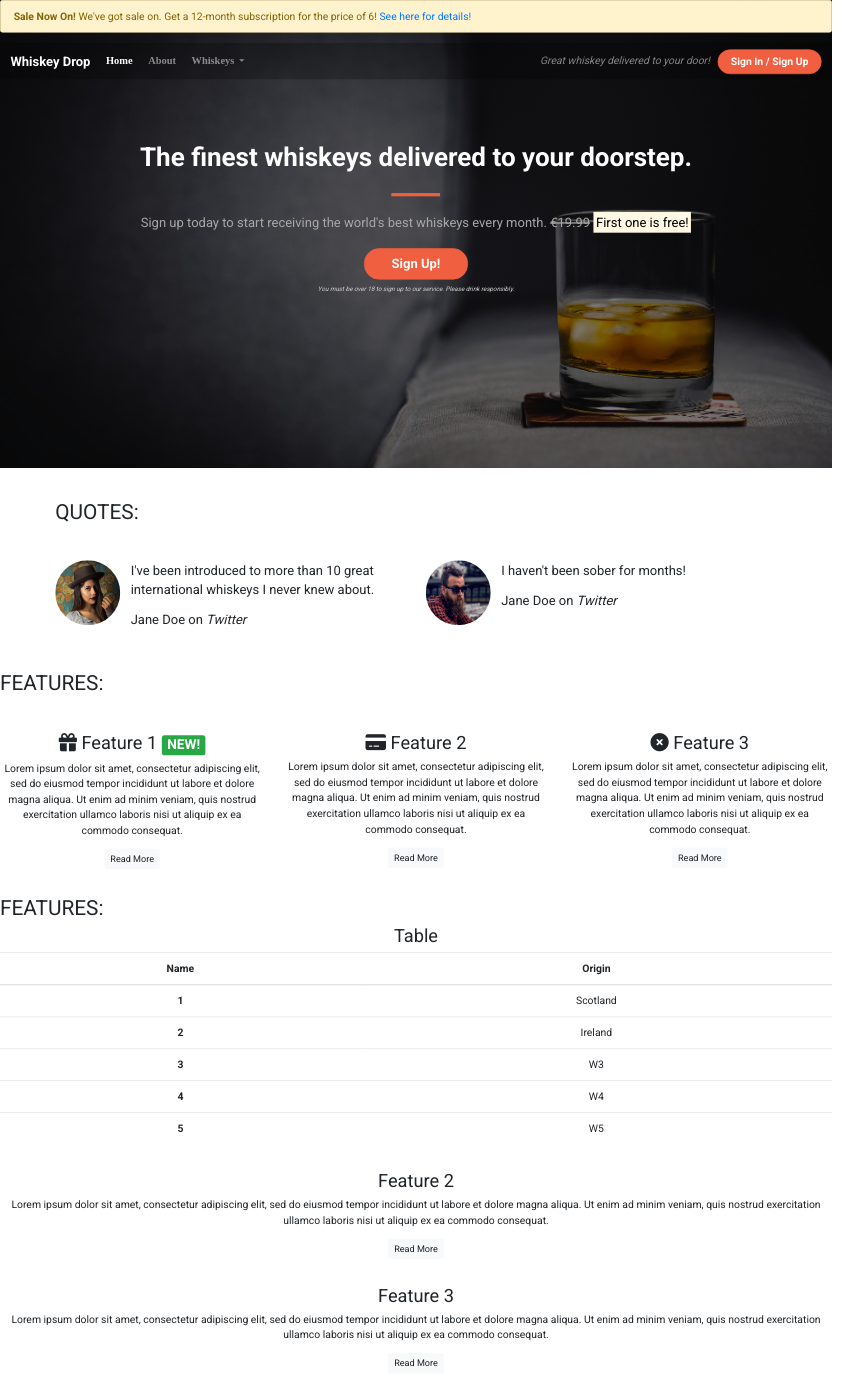
Repository: Coder731/blank_for_aws
Page: index2.html
The author's editor kept a record of every edit. The page is drawn from the files as they stood at one moment, then again after the next edit.
The browser window is 1280 px wide. The page is 1295 px wide, so the pictures cover 1295 px, including what lies to the right of the window. The pictures show the whole page, at 65% of full size.
Backgrounds fixed to the window are drawn as part of the page. Some web libraries are served in a nearby version.

Above is the page before.

### index2.html
<!DOCTYPE html>
<html lang="en-us">

<head>
    <meta charset="utf-8">
    <meta name="viewport" content="width=device-width, initial-scale=1.0">
    <title>Whiskey Drop | Taste a new whiskey every month</title>
    <link rel="stylesheet" href="https://maxcdn.bootstrapcdn.com/bootstrap/4.1.3/css/bootstrap.min.css">
    <script src="https://kit.fontawesome.com/fb088b4228.js" crossorigin="anonymous"></script>
    <link href="https://fonts.googleapis.com/css?family=Roboto:400,700" rel="stylesheet">
    <link rel="preconnect" href="https://fonts.googleapis.com">
    <link rel="preconnect" href="https://fonts.gstatic.com" crossorigin>
    <link href="https://fonts.googleapis.com/css2?family=Roboto:wght@400;700&display=swap" rel="stylesheet">
    <link rel="stylesheet" href="css/style.css" type="text/css" />
</head>


<body>
    <div class="container-fluid navalert-container">
        <div class="container-fluid alert-container">
            <div class="row d-none d-sm-block">
                <div class="col-12">
                    <div class="font-effect-fire-animation alert alert-warning">
                        <strong>Sale Now On!</strong> We've got sale on. Get a 12-month subscription for the price of 6! <a href="">See here for details!</a>
                    </div>
                </div>
            </div>
        </div>
        <nav class="navbar navbar-dark navbar-expand-sm">
            <a href="/" class="navbar-brand">Whiskey Drop</a>

            <button class="navbar-toggler ml-auto" type="button" data-toggle="collapse" data-target="#navbarNavDropdown" aria-controls="navbarNavDropdown" aria-expanded="false" aria-label="Toggle navigation">
            <span class="navbar-toggler-icon"></span></button>

            <div style="font-family: 'Font Name', serif;" class="collapse navbar-collapse" id="navbarNavDropdown">
                <ul class="navbar-nav mr-auto">
                    <li class="active nav-item mr-2"><a class="nav-link" href="/">Home</a></li>
                    <li class="nav-item mr-2"><a class="nav-link" href="/about">About</a></li>
                    <li class="nav-item dropdown">
                        <a class="nav-link dropdown-toggle" href="#" id="navbarDropdownMenuLink" role="button" data-toggle="dropdown" aria-haspopup="true" aria-expanded="false">
                            Whiskeys
                        </a>
                        <div class="dropdown-menu" aria-labelledby="navbarDropdownMenuLink">
                            <a class="dropdown-item" href="#">Irish</a>
                            <a class="dropdown-item" href="#">Scotch</a>
                            <a class="dropdown-item" href="#">Japanese</a>
                            <a class="dropdown-item" href="#">American</a>
                        </div>
                    </li>

                    <li class="nav-item mr-2 d-block d-sm-none"><a class="nav-link" href="/login">Sign In / Sign Up</a></li>
                </ul>
            </div>
            <div class="d-none d-md-block">
                <p class="navbar-text my-auto mr-2"><i>Great whiskey delivered to your door!</i></p>
                <a href="/login" class="btn btn--cta btn--red">Sign In / Sign Up</a>
            </div>
        </nav>
    </div>

    <div class="container-fluid callout-container">
        <!-- Callout -->
        <div class="opaque-overlay">&nbsp;</div>
        <div class="row">
            <div class="col-12">
                <section class="callout jumbotron text-center">
                    <h1 class="jumbotron-header">The finest whiskeys delivered to your doorstep.</h1>
                    <hr class="block-divider block-divider--orange">
                    <p class="lead">Sign up today to start receiving the world's best whiskeys every month.
                        <s class="d-none d-sm-inline">€19.99</s>
                        <span class="d-inline d-sm-none"><br></span>
                        <strong><mark>First one is free!</mark></strong></p>
                    <button class="btn btn-lg btn--cta btn--red" data-toggle="modal" data-target="#signUpModal">Sign Up!</button>
                    <p class="text-muted"><small>You must be over 18 to sign up to our service. Please drink responsibly.</small></p>
                </section>
            </div>
        </div>
        <!-- /.callout -->
    </div>

        <!-- Quotes -->
        <div class="container quotes-container">
        <section class="quotes">
            <div class="row">
                <div class="col-12 my-5">
                    <h2 class="text-uppercase">Quotes:</h2>
                </div>
            </div>
            <div class="row">
                <div class="col-12 col-md-6">
                    <div class="media">
                        <div class="d-none d-sm-block">
                        <img src="images/girl-image.png" class="rounded-circle mr-3" height=100 width=100>
                        </div>
                        <div class="media-body">
                            <blockquote class="blockquote">
                                <p>I've been introduced to more than 10 great international whiskeys I never knew about.</p>
                                <footer>Jane Doe on <cite title="Twitter">Twitter</cite></footer>
                            </blockquote>
                        </div>
                    </div>
                </div>
                <div class="col-12 col-md-6">
                    <div class="media">
                        <div class="d-none d-sm-block">
                            <img src="images/guy-image.png" class="rounded-circle mr-3" height=100 width=100>
                        </div>
                        <div class="media-body">
                            <blockquote class="blockquote">
                                <p>I haven't been sober for months!</p>
                                <footer>Jane Doe on <cite title="Twitter">Twitter</cite></footer>
                            </blockquote>
                        </div>
                    </div>
                </div>
        </section>
        <!-- /.quotes -->
        </div>

        <!-- Features -->
        <div class="features-container">
            <section class="features">
                <div class="row">
                    <div class="col-12 my-5">
                        <h2 class="text-uppercase">Features:</h2>
                    </div>
                </div>
                <div class="row">
                    <div class="col-12 col-md-6 col-lg-4">
                        <div class="feature">
                            <h3><i class="fas fa-gift d-none d-sm-inline"></i> Feature 1 <span class="badge badge-success">NEW!</span></h3>
                            <p>Lorem ipsum dolor sit amet, consectetur adipiscing elit, sed do eiusmod tempor incididunt ut labore et dolore magna aliqua. Ut enim ad minim veniam, quis nostrud exercitation ullamco laboris nisi ut aliquip ex ea commodo consequat.</p>
                            <p><a class="btn btn-sm btn-light" href="">Read More</a></p>
                        </div>
                    </div>
                    <div class="col-12 col-md-6 col-lg-4">
                        <div class="feature">
                            <h3><i class="fas fa-credit-card d-none d-sm-inline"></i> Feature 2</h3>
                            <p>Lorem ipsum dolor sit amet, consectetur adipiscing elit, sed do eiusmod tempor incididunt ut labore et dolore magna aliqua. Ut enim ad minim veniam, quis nostrud exercitation ullamco laboris nisi ut aliquip ex ea commodo consequat.</p>
                            <p><a class="btn btn-sm btn-light" href="">Read More</a></p>
                        </div>
                    </div>
                    <div class="col-12 d-md-none d-lg-block col-lg-4">
                        <div class="feature">
                            <h3><i class="fas fa-times-circle d-none d-sm-inline"></i> Feature 3</h3>
                            <p>Lorem ipsum dolor sit amet, consectetur adipiscing elit, sed do eiusmod tempor incididunt ut labore et dolore magna aliqua. Ut enim ad minim veniam, quis nostrud exercitation ullamco laboris nisi ut aliquip ex ea commodo consequat.</p>
                            <p><a class="btn btn-sm btn-light" href="">Read More</a></p>
                        </div>
                    </div>
                </div>
            </section>
        <!-- /.features -->
        </div>

        <!-- Monthly Favorites -->
        <section class="features">
            <h2 class="text-uppercase">Features:</h2>
            <div class="feature">
                <h3>Table</h3>
                <table class="table">
                  <thead>
                    <tr>
                      <th scope="col">Name</th>
                      <th scope="col">Origin</th>
                    </tr>
                  </thead>
                  <tbody>
                    <tr>
                      <th scope="row">1</th>
                      <td>Scotland</td>
                    </tr>
                    <tr>
                      <th scope="row">2</th>
                      <td>Ireland</td>
                    </tr>
                    <tr>
                      <th scope="row">3</th>
                      <td>W3</td>
                    </tr>
                    <tr>
                      <th scope="row">4</th>
                      <td>W4</td>
                    </tr>
                    <tr>
                      <th scope="row">5</th>
                      <td>W5</td>
                    </tr>
                  </tbody>
                </table>
            </div>
            <div class="feature">
                <h3>Feature 2</h3>
                <p>Lorem ipsum dolor sit amet, consectetur adipiscing elit, sed do eiusmod tempor incididunt ut labore et dolore magna aliqua. Ut enim ad minim veniam, quis nostrud exercitation ullamco laboris nisi ut aliquip ex ea commodo consequat.</p>
                <p><a class="btn btn-sm btn-light" href="">Read More</a></p>
            </div>
            <div class="feature">
                <h3>Feature 3</h3>
                <p>Lorem ipsum dolor sit amet, consectetur adipiscing elit, sed do eiusmod tempor incididunt ut labore et dolore magna aliqua. Ut enim ad minim veniam, quis nostrud exercitation ullamco laboris nisi ut aliquip ex ea commodo consequat.</p>
                <p><a class="btn btn-sm btn-light" href="">Read More</a></p>
            </div>
        </section>
        <!-- /. Monthly Favorites -->


    <div class="modal" tabindex="-1" role="dialog" id="signUpModal">
        <div class="modal-dialog" role="document">
            <div class="modal-content">
                <div class="modal-header">
                    <h5 class="modal-title">Sign Up To Whiskey Drop!</h5>
                    <button type="button" class="close" data-dismiss="modal" aria-label="Close">
          <span aria-hidden="true">&times;</span>
        </button>
                </div>
                <div class="modal-body">
                    <form>
                        <div class="form-group">
                            <label for="exampleInputEmail1">Email address</label>
                            <input type="email" class="form-control" id="exampleInputEmail1" aria-describedby="emailHelp" placeholder="Enter email">
                            <small id="emailHelp" class="form-text text-muted">We'll never share your email with anyone else.</small>
                        </div>
                        <div class="form-group">
                            <label for="password">Password</label>
                            <input type="password" class="form-control" id="password" placeholder="Password">
                        </div>
                        <div class="form-group">
                            <label for="repeatPassword">Repeat Password</label>
                            <input type="password" class="form-control" id="repeatPassword" placeholder="Repeat Password">
                        </div>
                        <button type="submit" class="btn btn-success">Submit</button>
                    </form>
                </div>
            </div>
        </div>
    </div>

    <script src="https://code.jquery.com/jquery-3.3.1.slim.min.js" integrity="sha384-q8i/X+965DzO0rT7abK41JStQIAqVgRVzpbzo5smXKp4YfRvH+8abtTE1Pi6jizo" crossorigin="anonymous"></script>
    <script src="https://cdnjs.cloudflare.com/ajax/libs/popper.js/1.14.3/umd/popper.min.js" integrity="sha384-ZMP7rVo3mIykV+2+9J3UJ46jBk0WLaUAdn689aCwoqbBJiSnjAK/l8WvCWPIPm49" crossorigin="anonymous"></script>
    <script src="https://stackpath.bootstrapcdn.com/bootstrap/4.1.3/js/bootstrap.min.js" integrity="sha384-ChfqqxuZUCnJSK3+MXmPNIyE6ZbWh2IMqE241rYiqJxyMiZ6OW/JmZQ5stwEULTy" crossorigin="anonymous"></script>
</body>

</html>

### css/style.css
body {
    font-family: 'Roboto', sans-serif;
}

.container-wrapper {}

.container-wrapper--red {
    background-color: #f05f40;
    color: white;
}

.alert-container .col-12 {
    padding-left: 0;
    padding-right: 0;
}

.site-wide-alert {
    border-radius: 0;
    margin-bottom: 0;
    padding: 5px 15px;
    background-color: #eec802;
    border-color: #eec802;
}

.callout-container {
    height: 100vh;

    background: url("../images/whiskey-background.jpg") no-repeat bottom right fixed;
    -webkit-background-size: cover;
    -moz-background-size: cover;
    -o-background-size: cover;
    background-size: cover;

    display: flex;
    align-items: center;
    justify-content: center;

    position: relative;

}

.opaque-overlay {
    position: absolute;
    top: 0;
    left: 0;
    height: 100%;
    width: 100%;
    background-color: rgba(0,0,0,0.5);
}

.quotes-container {}

.features-container {}

/* Page headers */

.page-header {
    margin-bottom: 0;
    border-bottom: 0;
    text-align: center;
}

.page-header h2 {
    margin-top: 0;
}

/* Block dividers */

.block-divider {
    width: 75px;
    height: 5px;
    border: 0;
    background-color: #444;
}

.block-divider--orange {
    background-color: #f05f40;
}

.block-divider--white {
    background-color: white;
}

.block-divider--short {
    width: 35px;
}

/* Content containers */

.content-container {
    padding-top: 75px;
    padding-bottom: 75px;
}

/* Navbar */

.navalert-container {
    position: absolute;
    top: 0;
    left: 0;
    padding-left: 0;
    padding-right: 0;
    z-index: 1;
}

.navbar {
    margin-bottom: 0;
    border: 0;
    width: 100%;
    background-color: rgba(0,0,0,0.25);
}

.navbar .navbar-toggler {
    border:  0;
}

.navbar-brand {
    font-weight: bold;
}

.navbar .navbar-nav a {
    font-weight: bold;
}

/*Jumbotron*/

.jumbotron {
    background-color: transparent;
}

.jumbotron-header {
    color: white;
    font-weight:bold;
    margin-bottom: 30px;
}

.jumbotron .lead {
    margin: 25px 0;
    color: #a7a7a7;
}

.jumbotron small {
    font-size: 60%;
    font-style: italic;
    color: #d0d0d0;
}

/* Buttons */

.btn--cta {
    font-weight: bold;
    border-radius: 23px;
    width: 160px;
}

.btn--red {
    color: white;
    background-color: #f05f40;
    border-color: #f05f40;
}

.btn--red:hover,
.btn--red:active,
.btn--red:focus,
.btn--red:active:focus {
    background-color: #df4929;
    border-color: #df4929;
}

.feature {
    text-align: center;
    margin-bottom: 40px;
}

After the next edit:
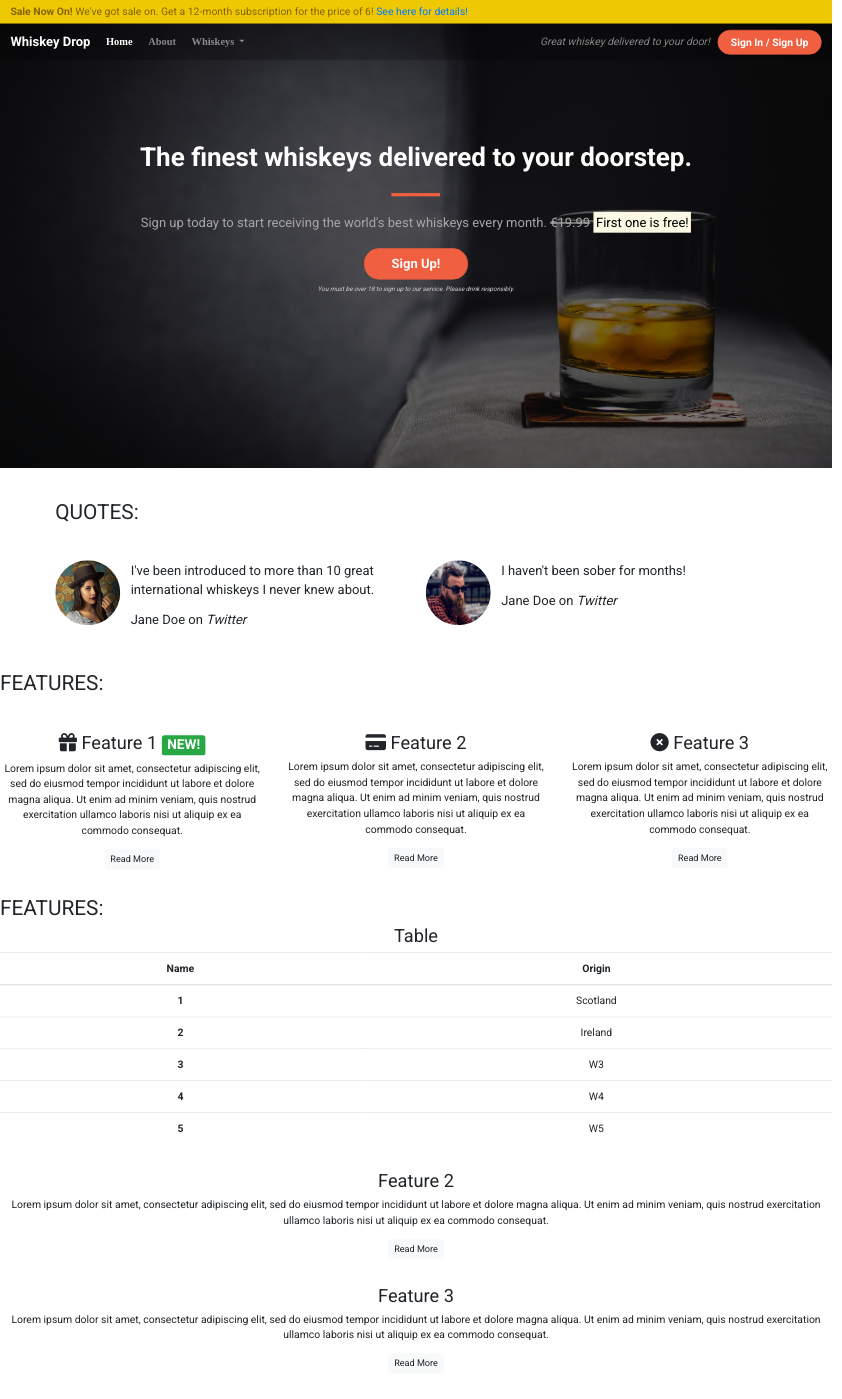
The edit:
--- a/index2.html
+++ b/index2.html
@@ -20,7 +20,7 @@
         <div class="container-fluid alert-container">
             <div class="row d-none d-sm-block">
                 <div class="col-12">
-                    <div class="font-effect-fire-animation alert alert-warning">
+                    <div class="site-wide-alert alert alert-warning">
                         <strong>Sale Now On!</strong> We've got sale on. Get a 12-month subscription for the price of 6! <a href="">See here for details!</a>
                     </div>
                 </div>
